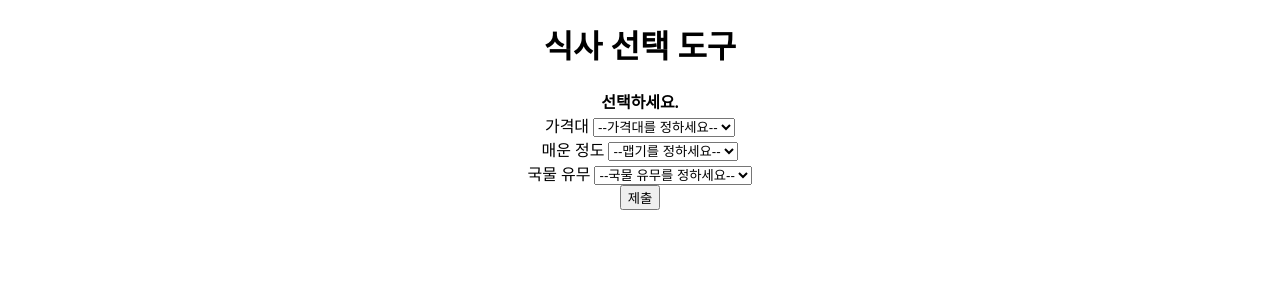
Repository: kimgh06/JavaWeb
Page: http://localhost/what/
The author's editor kept a copy of each file at every save. The page is drawn from the files as they stood at one save, then again after the next save.
The browser window is 1280 px wide. The pictures show the whole page.
The page is served by Tomcat 9.

Above is the page before, as saved 2022-11-04 00:18:54.

After the next save:
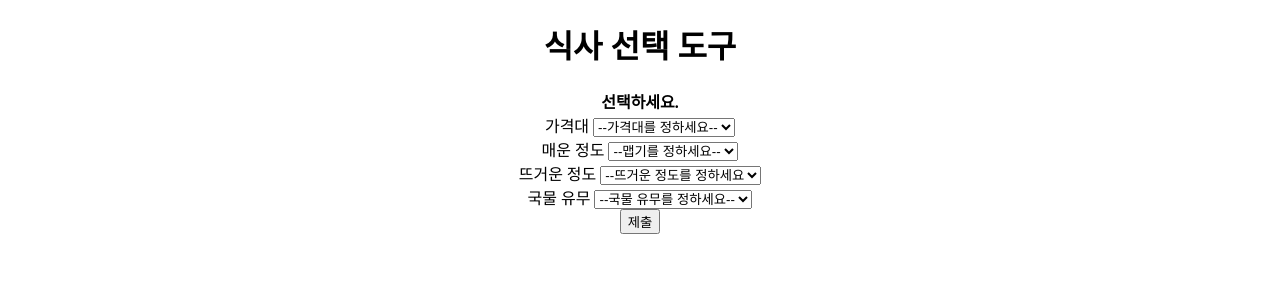
Saved 2 min 8 s later.
--- a/what/src/main/webapp/index.jsp
+++ b/what/src/main/webapp/index.jsp
@@ -31,6 +31,15 @@
 				</select>
 			</div>
 			<div>
+				<label>뜨거운 정도</label>
+				<select>
+					<option value="-1">--뜨거운 정도를 정하세요</option>
+					<option value="하">뜨겁지 않음</option>
+					<option value="중">따뜻함</option>
+					<option value="상">뜨거움</option>
+				</select>
+			</div>
+			<div>
 				<label>국물 유무</label> <select>
 					<option value="-1">--국물 유무를 정하세요--</option>
 					<option value="0">없음</option>
